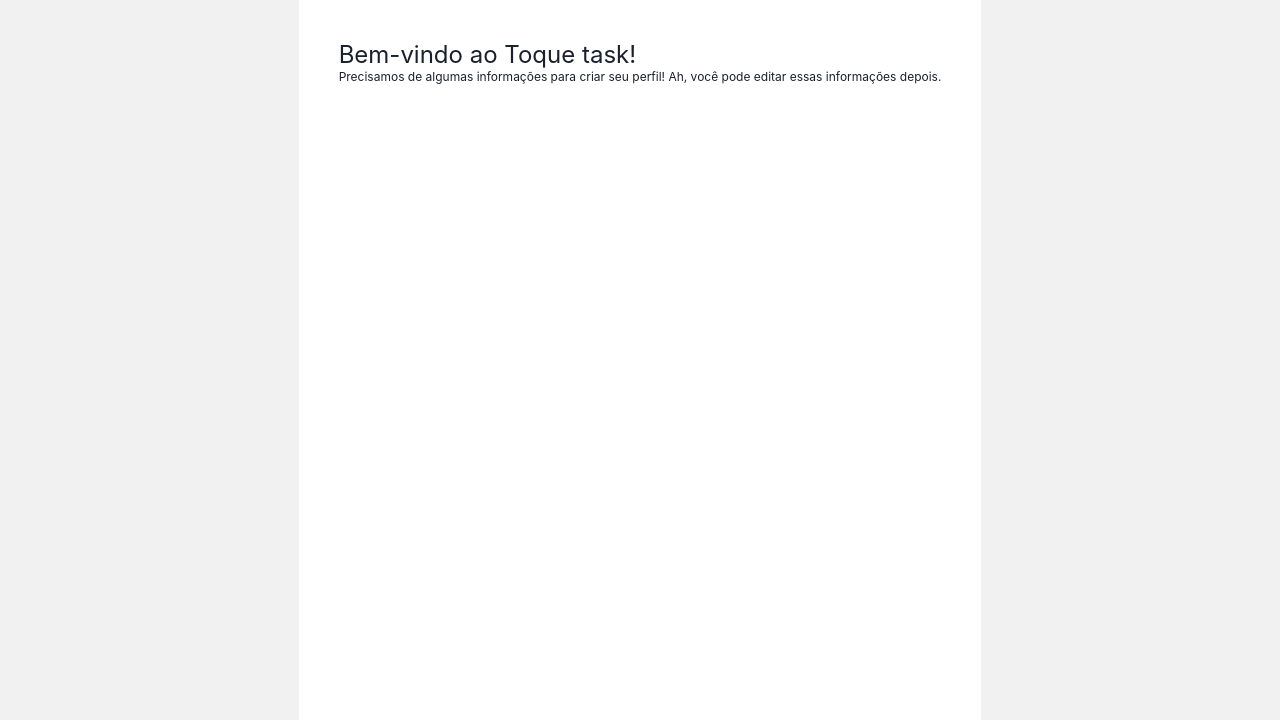
Repository: jorgelucasjs/chakra-ui-doc
Page: /
An editor plug-in stored every save of this project. The page is shown before and after a run of saves, followed by the edit.
The browser window is 1280 px wide. The pictures show the whole page.
The project was rebuilt for these pictures with package versions that can differ from the ones it lists, and the page was loaded fresh each time.

Above is the page before, as saved 2023-01-06 14:07:16.

After the next 4 saves:
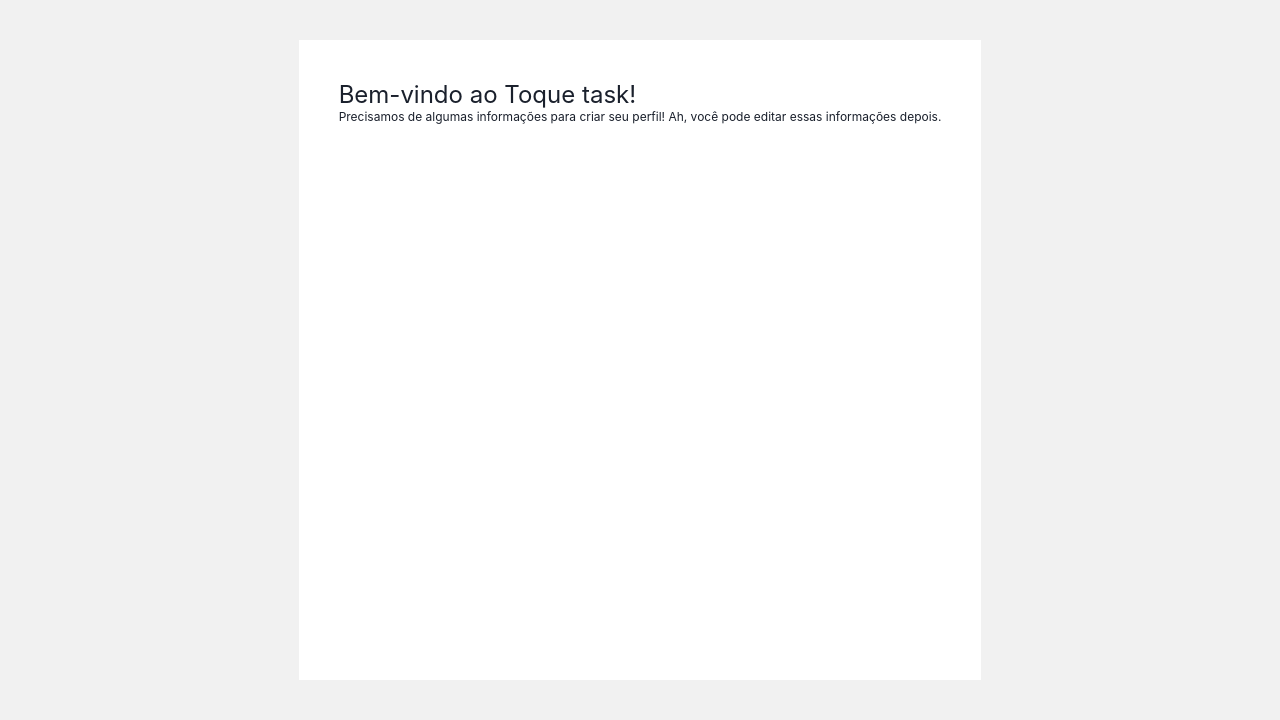
The 4 saves are shown as one change because 1 did not build or start and some came seconds apart.
The last was saved 12 s later.
--- a/src/pages/index.tsx
+++ b/src/pages/index.tsx
@@ -6,7 +6,7 @@
 
 	return (
 		<Flex justify={'center'} bg={'#F1F1F1'} height='100vh'>
-			<Box bg='#fff' p={10} m>
+			<Box bg='#fff' p={10} m={10}>
 				<Text fontSize='2xl'>Bem-vindo ao Toque task!</Text>
 				<Text fontSize='xs'>Precisamos de algumas informações para criar seu perfil! Ah,
 					você pode editar essas informações depois.</Text>
